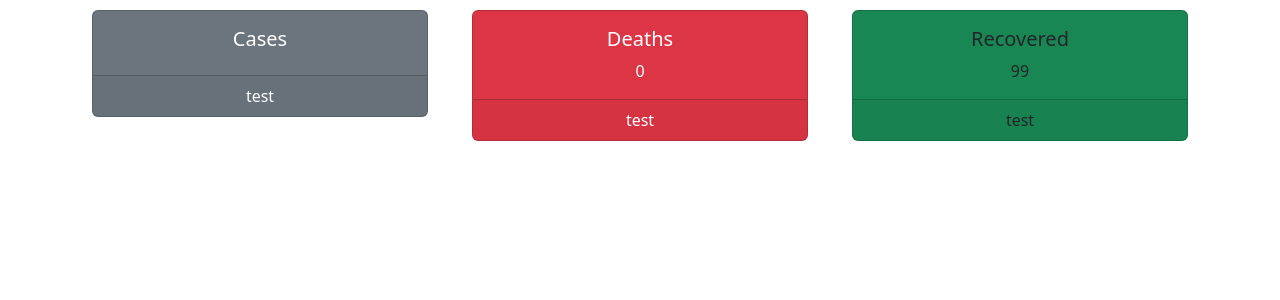
Repository: azizdeghais/CovidTracker
Page: /
The author's editor kept a copy of each file at every save. The page is drawn from the files as they stood at one save, then again after the next save.
The browser window is 1280 px wide. The pictures show the whole page.
The page's requests for data from a server got no answer. The project was rebuilt for these pictures with package versions that can differ from the ones it lists, and the page was loaded fresh each time. No one was signed in, and anything a server would have sent is missing. Also part of the build but not shown: vite.config.js.

Above is the page before, as saved 2023-03-09 15:55:30.

### src/main.jsx
import React from 'react'
import ReactDOM from 'react-dom/client'
import App from './App'
import 'bootstrap/dist/css/bootstrap.min.css';


ReactDOM.createRoot(document.getElementById('root')).render(
  <React.StrictMode>
    <App />
  </React.StrictMode>,
)

### src/App.jsx
import React, { useEffect,useState } from 'react'
import axios from 'axios'
import Container from 'react-bootstrap/Container';
import Row from 'react-bootstrap/Row';
import Col from 'react-bootstrap/Col';
import Card from 'react-bootstrap/Card';



function App() {

  const [latest,setLatest]=useState("")

  useEffect(()=>{
    axios
    .get('https://corona.lmao.ninja/v3/covid-19/all')
    .then(res=>{
           setLatest(res.data)
    })
    .catch(err=>{
      console.log(err)
    })
  },[])


  return (
    <Container>
      <Row >
        <Col>
          <Card className='text-center' bg='secondary' text='white' style={{margin:'10px'}} >
            <Card.Body>
              <Card.Title>Cases</Card.Title>
              <Card.Text>
                {latest.cases}
              </Card.Text>
            </Card.Body>
            <Card.Footer>
              test
            </Card.Footer>
          </Card>
        </Col>
        <Col>
          <Card className='text-center' bg='danger' text='white' style={{margin:'10px'}}>
            <Card.Body>
              <Card.Title>Deaths</Card.Title>
              <Card.Text>
                0
              </Card.Text>
            </Card.Body>
            <Card.Footer>
              test
            </Card.Footer>
          </Card>
        </Col>
        <Col>
          <Card className='text-center' bg='success' style={{margin:'10px'}} >
            <Card.Body>
              <Card.Title>Recovered</Card.Title>
              <Card.Text>
               99
              </Card.Text>
            </Card.Body>
            <Card.Footer>
              test
            </Card.Footer>
          </Card>
        </Col>
      </Row>
    </Container>
  )
}

export default App

Loaded but not shown: index.html (common file)

After the next save:
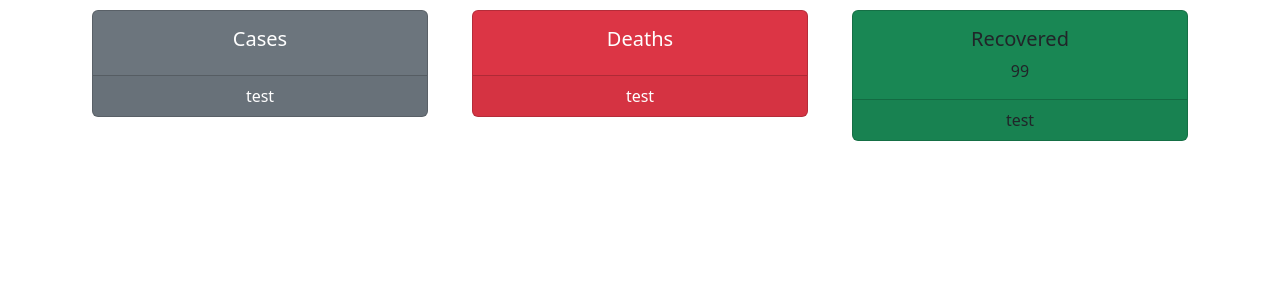
Saved 19 s later.
--- a/src/App.jsx
+++ b/src/App.jsx
@@ -44,7 +44,7 @@ function App() {
             <Card.Body>
               <Card.Title>Deaths</Card.Title>
               <Card.Text>
-                0
+                {latest.deaths}
               </Card.Text>
             </Card.Body>
             <Card.Footer>
